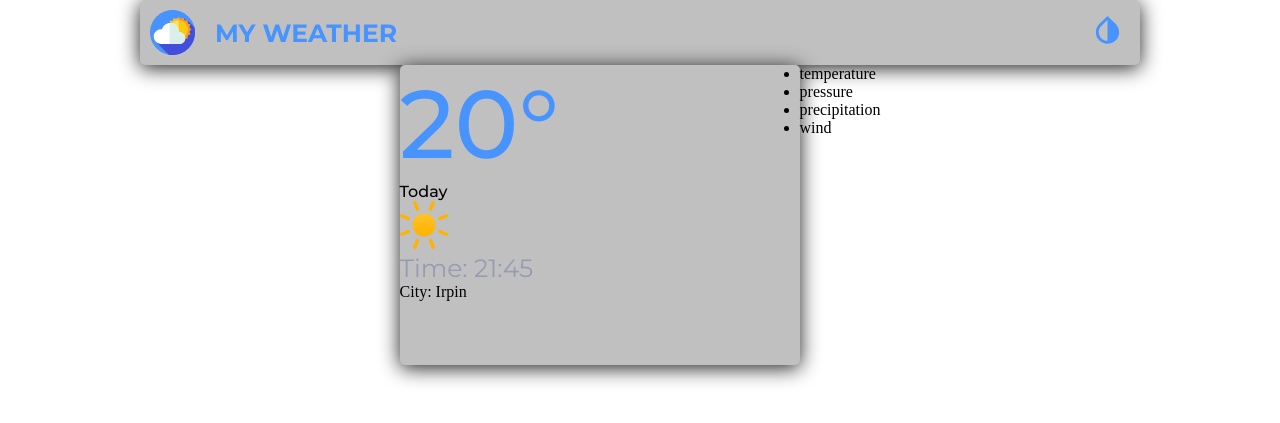
Repository: YuraKrvz/my_weather2
Page: /
The author's editor kept a copy of each file at every save. The page is drawn from the files as they stood at one save, then again after the next save.
The browser window is 1280 px wide. The pictures show the whole page.
The project was rebuilt for these pictures with package versions that can differ from the ones it lists, and the page was loaded fresh each time.

Above is the page before, as saved 2022-01-25 18:18:19.

### src/index.css
@import url('https://fonts.googleapis.com/css2?family=Montserrat:wght@300;400;500;600;700&display=swap');
*,
*:after,
*:before{
  box-sizing: border-box;
  margin: 0;
  padding: 0;
}
body{
  background-color: var(--body-background);
}
:root{
  --color-default-blue: #4793FF;
}
.container{
  max-width: 1200px;
  margin: 0 auto;
  padding: 0 15px;
}
html[data-theme='true']{
  --body-background: #fff;
  --components-background: silver;
  --card-background: rgba(71, 147, 255, 0.2);
  --card-shadow: 0px 3px 20px rgba(5, 5, 5, 0.9);

  --text-color: #000;
}
html[data-theme='false']{
  --body-background: #0d1117;
  --components-background: #4f4f4f;
  --card-background: #2e3035;
  --card-shadow: 0px 3px 20px rgba(147, 144, 144, 0.9);
  --text-color: #fff;
}

### src/App.js
import Header from './components/Header/Header';
import MyWeather from './components/MyWeather/MyWeather';

export default function App() {

  return (
    <div className='container'>
     <Header />
     <MyWeather />

    </div>
  );
};

### src/components/header/Header.jsx
import React from 'react';
import useTheme from '../../hooks/useTheme';
import s from './Header.module.css';
import {GeneratorSvgIcon} from '../../assets/GeneratorSvgIcon.js';

export default function Header() {
  const {theme, setTheme} = useTheme();

  return (
   <header className={s.wrap__header}>
      <div className={s.inner}>
         <GeneratorSvgIcon className={s.logo__img} id='header-logo' />
         <h1 className={s.header__logo_text}>My weather</h1>
      </div>
      <span onClick={()=> setTheme(!theme)} >
         <GeneratorSvgIcon className={s.logo__img} id='change-theme'/>
      </span>
   </header>
  );
}

### src/components/MyWeather/MyWeather.jsx
import React from 'react';
import { GeneratorSvgIcon } from '../../assets/GeneratorSvgIcon';
import s from './MyWeather.module.css';

export default function MyWeather() {
  return (
   <section className={s.wrapper}>
      <div className={s.main}>
         <span>
            <span>
               <p className={s.temp__main}>20°</p>
               <p className={s.day}>Today</p>
            </span>
            <GeneratorSvgIcon id='sun' />
         </span>
         <p className={s.time}>Time: 21:45</p>
         <p className={s.city}>City: Irpin</p>
      </div>
      <div className={s.description}>
         <ul className={s.list}>
            <li className={s.temp__description}>temperature</li>
            <li className={s.pressure}>pressure</li>
            <li className={s.precipitation}>precipitation</li>
            <li className={s.wind}>wind</li>
         </ul>
      </div>
   </section>
  );
}

### src/hooks/useTheme.js
import {useState, useLayoutEffect} from 'react';

export default function useTheme() {
   const [theme, setTheme] = useState(true);

   useLayoutEffect( ()=>{
      document.documentElement.setAttribute('data-theme', theme);
   }, [theme] )

   return {theme, setTheme};
}

### src/components/header/Header.module.css
.wrap__header{
   display: flex;
   justify-content: space-between;
   align-items: center;
   background-color: var(--components-background);
   box-shadow: var(--card-shadow);
   border-radius: 5px;
   padding: 10px;
   margin: 0 auto;
   width: 1000px;
   height: 65px;
   left: 360px;
   top: 20px;
}
.inner{
   display: flex;
   align-items: center;
}
.logo__img{
   width: 45px;
}
.header__logo_text{
   margin-left: 20px;
   width: 230px;
   height: 30px;
   font-style: normal;
   font-weight: bold;
   font-size: 25px;
   line-height: 30px;
   text-transform: uppercase;
   font-family: Montserrat;
   color: var(--color-default-blue);
}
.button__theme{

}

### src/components/MyWeather/MyWeather.module.css
.wrapper{
   display: flex;
   justify-content: center;
}
.main{
   height: 300px;
   width: 400px;
   background-color: var(--components-background);
   box-shadow: var(--card-shadow);
   border-radius: 5px;
}
.temp__main{
   width: 160px;
   height: 117px;
   font-family: Montserrat;
   font-style: normal;
   font-weight: 500;
   font-size: 96px;
   line-height: 117px;
   color: var(--color-default-blue);
}
.day{
   font-family: Montserrat;
   font-style: normal;
   font-weight: 500;
}
.time{
   font-family: Montserrat;
   font-style: normal;
   font-weight: normal;
   font-size: 25px;
   line-height: 30px;
   color: #939CB0;
}
.city{}
.description{}
.list{}
.temp__description{}
.pressure{}
.precipitation{}
.wind{}

Loaded but not shown: public/index.html (common file); src/index.js (common file); src/assets/GeneratorSvgIcon.js (401 lines, source omitted)

After the next save:
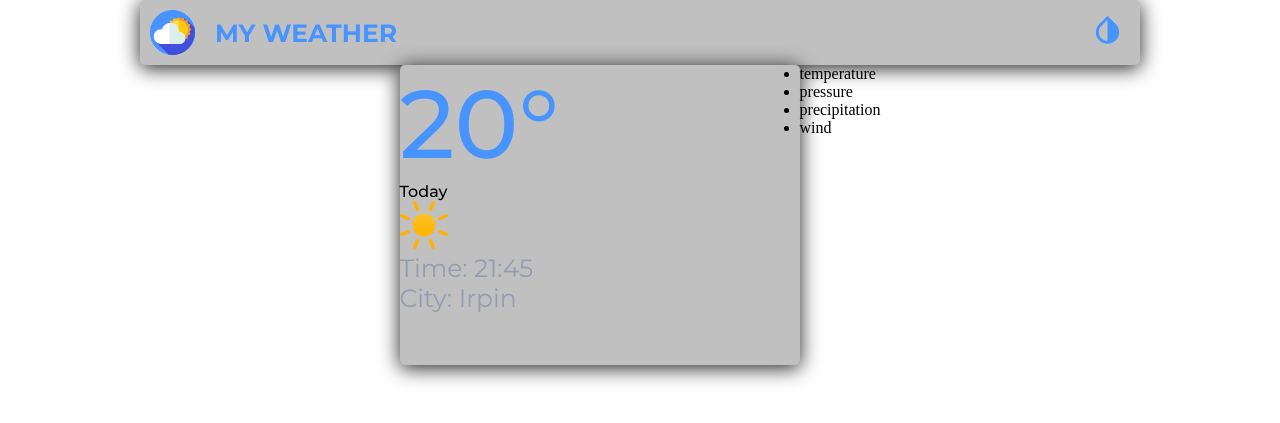
Saved 22 s later.
--- a/src/components/MyWeather/MyWeather.module.css
+++ b/src/components/MyWeather/MyWeather.module.css
@@ -24,7 +24,7 @@
    font-style: normal;
    font-weight: 500;
 }
-.time{
+.time, .city{
    font-family: Montserrat;
    font-style: normal;
    font-weight: normal;
